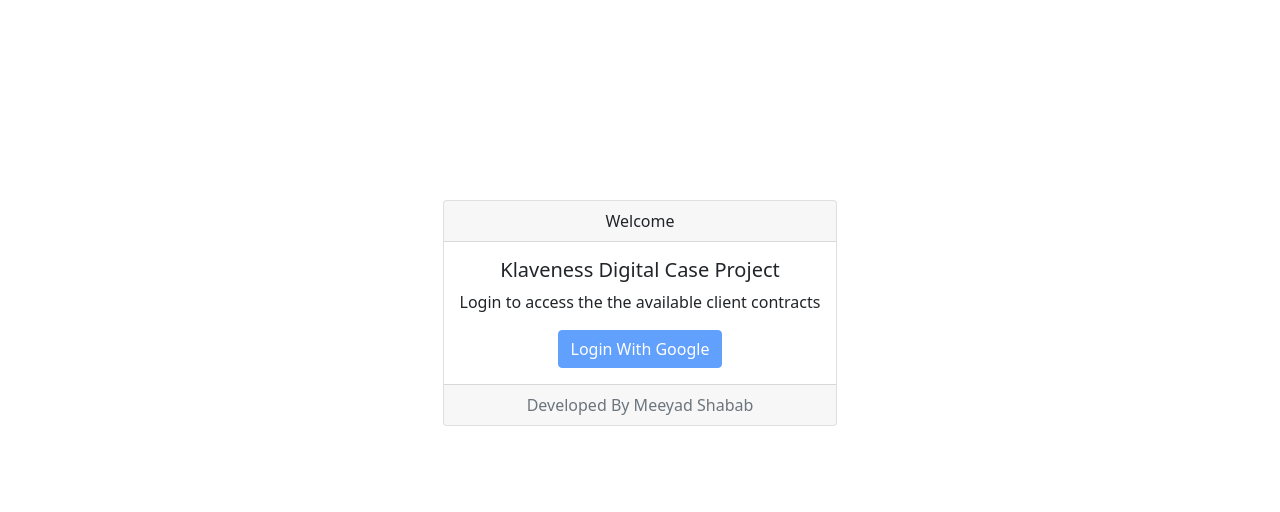
Repository: mmshabab90/klavenesstask
Page: / (app in client/)
The author's editor kept a copy of each file at every save. The page is drawn from the files as they stood at one save, then again after the next save.
The browser window is 1280 px wide. The pictures show the whole page.
The project was rebuilt for these pictures with package versions that can differ from the ones it lists, and the page was loaded fresh each time.

Above is the page before, as saved 2021-11-02 15:37:04.

After the next save:
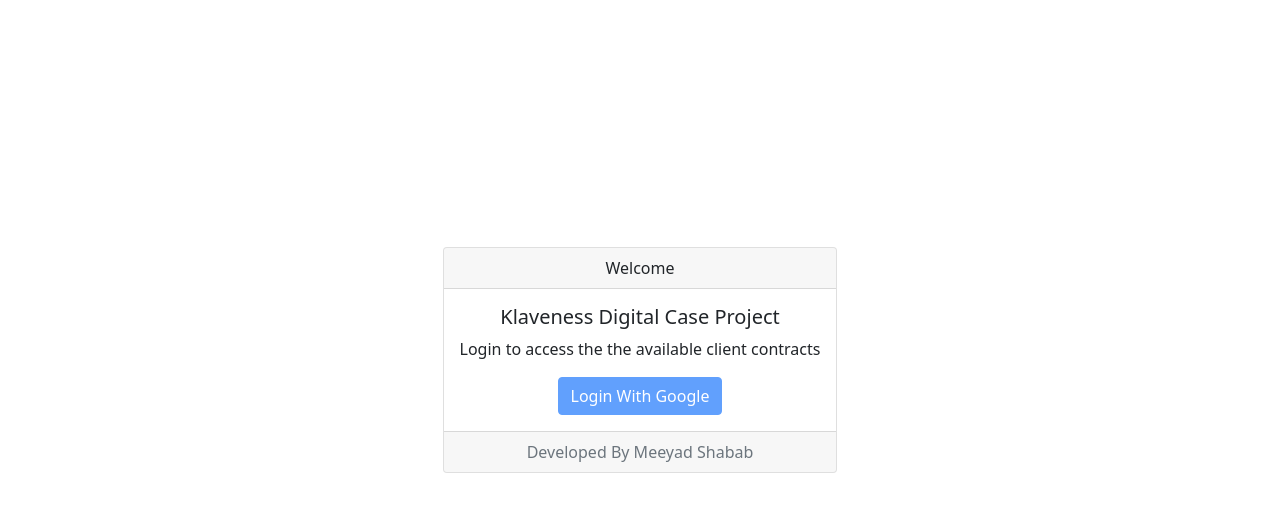
Saved 15 s later.
--- a/client/src/App.css
+++ b/client/src/App.css
@@ -1,5 +1,5 @@
 .home__page {
-  height: 87vh;
+  height: 100vh;
   display: flex;
   align-items: center;
   justify-content: center;
